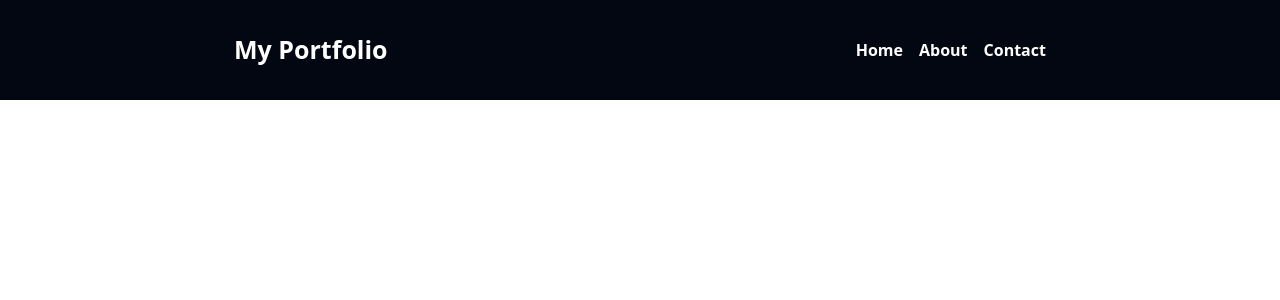
Repository: KaguyaKawaii/portfolio
Page: / (app in frontend/)
An editor plug-in stored every save of this project. The page is shown before and after the next save, followed by the edit.
The browser window is 1280 px wide. The pictures show the whole page.
The project was rebuilt for these pictures with package versions that can differ from the ones it lists, and the page was loaded fresh each time. Also part of the build but not shown: frontend/vite.config.js.

Above is the page before, as saved 2025-10-27 23:24:15.

After the next save:
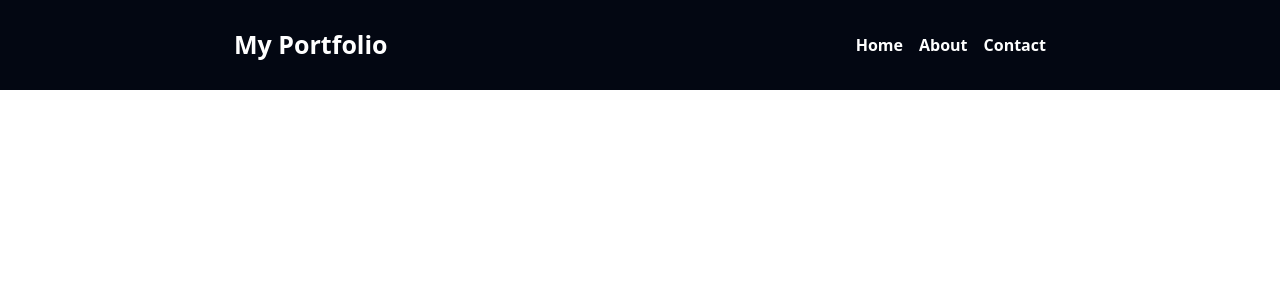
Saved 10 s later.
--- a/frontend/src/App.jsx
+++ b/frontend/src/App.jsx
@@ -5,7 +5,7 @@
 
   return (
     <>
-      <header className='bg-gray-950 h-[100px]'>
+      <header className='bg-gray-950 h-[90px]'>
         <div className='flex justify-around items-center h-full text-white'>
           <h1 className='font-bold text-[25px]'>My Portfolio</h1>
 
